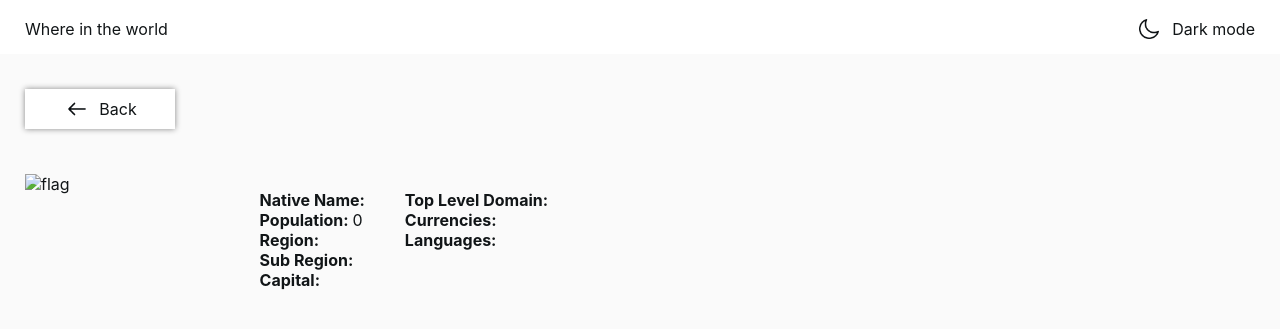
Repository: faithandjs/rest-countries-api
Page: /details
The author's editor kept a copy of each file at every save. The page is drawn from the files as they stood at one save, then again after the next save.
The browser window is 1280 px wide. The pictures show the whole page.
The page's requests for data from a server got no answer. The project was rebuilt for these pictures with package versions that can differ from the ones it lists, and the page was loaded fresh each time. No one was signed in, and anything a server would have sent is missing. Also part of the build but not shown: src/components/home.tsx.

Above is the page before, as saved 2022-04-15 16:41:20.

### src/App.tsx
import React, {useContext} from 'react';
import Home from './components/home';
import Details from './components/details';
import Nav from './components/nav';
import { Routes, Route } from "react-router-dom"
import Parent, {Wrapper} from './components/parent'

function App() {
  return (
    <div className='app light' style={{height: '100%', backgroundAttachment: 'fixed'}}>
      <Parent>
        <Nav/>
        <Routes >
          <Route path='/' element={<Home/>}/>
          <Route path='details' element={<Details/>}/>
        </Routes>
      </Parent>
    </div>
  );
}

export default App;

### src/components/details.tsx
import React, {useContext} from 'react';
import { useEffect } from 'react';
import { useState } from 'react';
import { Link } from "react-router-dom";
import {Wrapper} from './parent';
import {arrItem, contextType, detailsType} from './type'

//create state that is part of the redux ish that can be updated on click to
//1. change light and dark icons
//3. set paths and alt texts
function Details() {
    const {data, details, currentIcons, settingDetails } = useContext(Wrapper) as contextType
    const [lang, setLang] = useState<any[]>([])

    useEffect(
        ()=>{
            let arr:any[] = []
                Object.entries(details.languages).forEach(([key, value], index) => {
                arr.push(value)
        })
            setLang(arr)
        }, [details]
    )
    const borderClick = (testName:string) => {
        data.map((item )=> {
            if (item.name.common === testName){
                settingDetails(item)
            }
        })
    }
    const borderCheck = () => {
        if (details.borders.length === 0 || details.borders === undefined){
            return null
        }else{
            return(
            <div className='border'>
                <span>border countries: </span>
                {details.borders.map((item, index) => {

                return <div onClick={() => borderClick(item) }>{item }</div>
                    })}</div>)
        }
    }
    return (
        <div className='details'>
            <Link to='/'><div className='back'><img src={currentIcons.arrow} alt='left arrow, back icon'/> <span>Back</span></div></Link>
            <div className='content'>
                <div className='flag'><img src={details.flag} alt='flag'/></div>
                <div className='moreContent'>
                    <div className='name'>{details.name} </div>
                    <div className='lists'>
                        <ul>
                            <li><span>Native name: </span>{details.nativeName}</li>
                            <li><span>Population: </span>{details.population}</li>
                            <li><span>region: </span>{details.region}</li>
                            <li><span>sub region: </span>{details.subRegion}</li>
                            <li><span>capital: </span>{details.capital}</li>
                        </ul>
                        <ul>
                            <li><span>top level domain: </span>{details.tld}</li>
                            <li><span>currencies: </span>{details.currencies.map((item, index) => {
                                    if(index === 0){
                                        return `${item}`
                                    }else{
                                        return `, ${item}`
                                    }
                                })}</li>
                            <li><span>languages: </span>
                                {lang.map((item, index) => {
                                    if(index === 0){
                                        return `${item}`
                                    }else{
                                        return `, ${item}`
                                    }
                                })}
                            </li>

                        </ul>
                    </div>
                    {borderCheck()}
                </div>
            </div>
        </div>
    );
}

export default Details;

### src/components/nav.tsx
import React, {useContext} from 'react';
import {Wrapper} from './parent';
import {contextType, currentIconsType} from './type'

function Nav() {
    const { currentIcons, changeClasses } = useContext(Wrapper) as contextType
//console.log(currentIcons)
    return (
        <div className='navbar'>
            <div>Where in the world</div>
            <div onClick={() => changeClasses()} className='mode-box'>
                <img src={currentIcons.src} alt='mode icon' />
                <span>Dark mode</span>
            </div>
        </div>
    );
}

export default Nav;

### src/components/parent.tsx
import React, { createContext, useRef, useState, useEffect, useMemo, Props, ClassAttributes } from 'react';
import arrowWhite from './images/next.png'
import arrowBlack from './images/next (1).png'
import mode from './images/sleep-mode (1).png'
import modeFill from './images/sleep-mode (2).png'
import {arrItem, contextType, detailsType, items, currentIconsType} from './type'

export const Wrapper = createContext<contextType | null>(null)
const { Provider } = Wrapper
const Parent: React.FC<React.ReactNode> =({children}) => {
    const axios = require('axios').default;
    const [data, setData] = useState<arrItem[]>([])
    const modeIcons = {
        dark: {
            mode: modeFill,
            arrow: arrowWhite,
            text: 'Dark Mode'
        },
        light: {
            mode: mode,
            arrow: arrowBlack,
            text: 'Light Mode'
        }
    }
    const [details, setDetails] = useState<detailsType>(
        {
        flag: '',
        name: '',
        nativeName: '',
        population: 0,
        region: '',
        subRegion: '',
        capital: [],
        tld: [],
        currencies: [],
        languages: {},
        borders: []
    })

    const getLSD = localStorage.getItem('countries-data-details')
    const getLS = localStorage.getItem('countries-data')
    const passed = useRef<boolean>(false)
    const passed1 = useRef<boolean>(false)
    const native = useRef<string>('')
    const currency = useRef<string[]>([])
    const [currentIcons, setCurrentIcons] = useState<currentIconsType>({
        src: modeIcons.light.mode,
        arrow: modeIcons.light.arrow,
        text:  modeIcons.light.text
    })
    const changeClasses = () => {
        const box = document.querySelector('.app')?.classList
        if(document.querySelector('.light')){
             box?.add('dark')
             box?.remove('light')
             setCurrentIcons({
                src: modeIcons.dark.mode,
                arrow: modeIcons.dark.arrow,
                text:  modeIcons.dark.text
             })
        }else if(document.querySelector('.dark' )){
            setCurrentIcons({
                src: modeIcons.light.mode,
                arrow: modeIcons.light.arrow,
                text:  modeIcons.light.text
             })
            box?.add('light')
            box?.remove('dark')
        }
     }
    const settingDetails = (obj:arrItem) => {
        data.map((item, index) => {
            if (item.name.common === obj.name.common){
            const active = data[index]
            const nativeNames = active.name.nativeName;
            Object.entries(nativeNames).forEach(([key, value], index) => {
                if (index === (Object.keys(nativeNames).length - 1)){
                    native.current = value.common
                }
              });
            let arr:string[] = []
            Object.entries(active.currencies).forEach(([key, value], index) => {
                arr.push(value.name)
            });
            let arr2:string[] = []
            if (active.borders){
                active.borders.map(item => {
                    let item1 = item
                    data.map(item => {
                        if (item.cca3 === item1){
                            arr2.push(item.name.common)
                        }
                    })
                })
            }
            setDetails({
                flag: active.flags.svg,
                name: active.name.common,
                nativeName: native.current,
                population: active.population,
                region: active.region,
                subRegion: active.subregion,
                capital: active.capital,
                tld: active.tld,
                currencies: arr,
                languages: active.languages,
                borders: arr2
            })
            }
        })

    }

    useEffect(
        () => {
            if(!passed.current){
                console.log(passed, 'lsd')
                if(  getLSD   ){
                    console.log(getLSD,JSON.parse(getLSD!).name !== '')
                    if(JSON.parse(getLSD!).name !== ''){
                        setDetails(JSON.parse(getLSD!))
                        console.log('here')
                    }
                }
            }
        },[]
    )
    useEffect(
        () => {
            if(passed.current){localStorage.setItem('countries-data-details', JSON.stringify(details))}
        }
    , [details])
    useEffect(
        () => {
            if(!passed.current){

            console.log(passed, 'ls')
                if( getLS === 'undefined' || getLS === null || getLS === '[]'){
                axios.get('https://restcountries.com/v3.1/all')
                .then(function (response:any) {
                    setData(response.data)
                })
                .catch(function (error:any) {
                    console.log(error);
                  })
                }else{
                    setData(JSON.parse(getLS))
                }
                passed.current = true;
            }
        }
            ,[])
    const value:contextType = useMemo(
        () => ({data, details, currentIcons, changeClasses, settingDetails})
        , [data, details, currentIcons, changeClasses, settingDetails]
    )
    return (
        <Provider value={value}>
           {children}
        </Provider>
    );
}
export default Parent;

### src/components/style/style.scss
$DarkBlue: hsl(209, 23%, 22%); // (Dark Mode Elements)
$VeryDarkBlue: hsl(207, 26%, 17%); //(Dark Mode Background)
$VeryDark: hsl(200, 15%, 8%); //(Light Mode Text)
$DarkGray: hsl(0, 0%, 52%); //(Light Mode Input)
$VeryLightGray: hsl(0, 0%, 98%); // (Light Mode Background)
$White: hsl(0, 0%, 100%); //(Dark Mode Text & Light Mode Elements)
$shadow: 0px 0px 1px 0.2px ;
@mixin theme ($bg, $element, $text, $shadowColor) {
    background: $bg;
    color: $text;
    .navbar{
        background-color: $element;
    }
    a:-webkit-any-link{
        color: $text;
    }
    .details{
        .border div, .back{
            background-color: $element;
        }
        .border div{
            box-shadow: 0px 0px 3px 0.1px $shadowColor;
        }
        .back{
            box-shadow: 0px 0px 6px 0.2px $shadowColor;
        }
    }
    .home{
        form{
            div{
                box-shadow: $shadow $shadowColor;
                input{
                    background-color: $element;
                    color: $text;
                }
                background-color: $element;
            }
            select{
                box-shadow: $shadow $shadowColor;
                background-color: $element;
                color: $text;
            }
        }
        .all-flags{
            .a-flag{
                background-color: $element;
                box-shadow: $shadow $shadowColor;
            }
        }
    }

}
.dark{
    @include theme($VeryDarkBlue, $DarkBlue , $White, $VeryDark)
}
.light{
    @include theme($VeryLightGray, $White , $VeryDark, $DarkGray )
}
.app{
    background-attachment: fixed;
    overflow: hidden;
}
.navbar{
    display: flex;
    justify-content: space-between;
    padding: 15px 25px;
    align-items: baseline;
    img{
        width: 20px;
        padding: 0 13px 0 1px ;
        position: relative;
        top: 4px;
    }
    //color at the bottom?
    //also this part is diffrent from background
}
.details {
    margin: 0 25px 25px;
    .back{
        width: 150px;
        height: 40px;
        margin: 35px 0 45px 0;
        text-align: center;
        display: flex;
        justify-content: center;
        align-items: center;
        img{
            transform: rotate(180deg) scale(0.15);
        }
        span{
            position: relative;
            left: -50px;
        }
        img, span{
            padding: 0 4px;
        }
    }
    .content{
        .flag{
            img{
                width: 500px;
                padding-right: 150px;
            }
        }
        display: flex;
        .moreContent{
            span{
                font-weight: bold;
                text-transform: capitalize;
            }
            .name{
                font-weight: bold;
            }
            .lists{
                display: flex;
                ul{
                    list-style-type: none;
                }
            }
            .border{
                display: flex;
                align-items: baseline;
                div{
                    //display: flex;
                    //justify-content: ;
                    min-width: 100px;
                    margin: 0 10px;
                    padding: 7px 12px;
                    text-align: center;
                    //border: 1px solid red;
                    //bgcolor
                }
            }
        }
    }
}
a:-webkit-any-link {
    text-decoration: none;
}
.mode-box:hover, select:hover, .border div:hover{
    cursor: pointer;
 }
.home{
    form{
        display: flex;
        justify-content: space-between;
        padding: 25px;
        input, select{
            outline: 0;
        }
        div{
            width: 300px;
            padding: 15px 7px;
            display: flex;
            border-radius: 4px;
            img{
                width: 17px;
                padding: 0 10px;
            }
            input{
                border: 0;
            }
        }
        select{
            border-radius: 4px;
            width: 130px;
            border: 0;
            padding: 15px 7px;
        }
    }
    .all-flags{
        display: flex;
        flex-wrap: wrap;
        justify-content: space-around;
        margin: 0 15px;
        .a-flag{
            margin: 0 15px 35px;
            //padding: 10px;
            width: 280px;
            height: 330px;
            border-radius: 7px;
            //background-color: $White; //set!!!!!!
            .flag-box{
                height: 170px;
                width: 100%;
                img{
                    width: -webkit-fill-available;
                    height: 100%;
                    object-fit: fill;
                    border-top-left-radius: 7px;
                    border-top-right-radius: 7px;
                }
            }
            .text{
                padding: 0 6px;
                span{
                    text-transform: capitalize;
                    font-weight: bold;
                }
            }
        }
    }//0px 0px 4px 0.3px hsl(200deg 15% 8%) box shadow
}

Loaded but not shown: src/index.tsx (common file); src/index.css (common file); src/reportWebVitals.ts (common file)

After the next save:
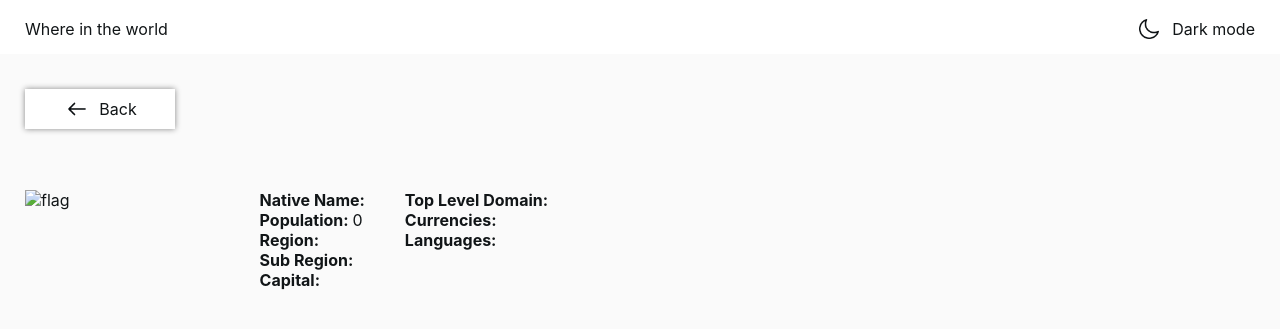
Saved 23 s later.
--- a/src/components/style/style.scss
+++ b/src/components/style/style.scss
@@ -103,6 +103,7 @@ $shadow: 0px 0px 1px 0.2px ;
             }
         }
         display: flex;
+        align-items: baseline;
         .moreContent{
             span{
                 font-weight: bold;
